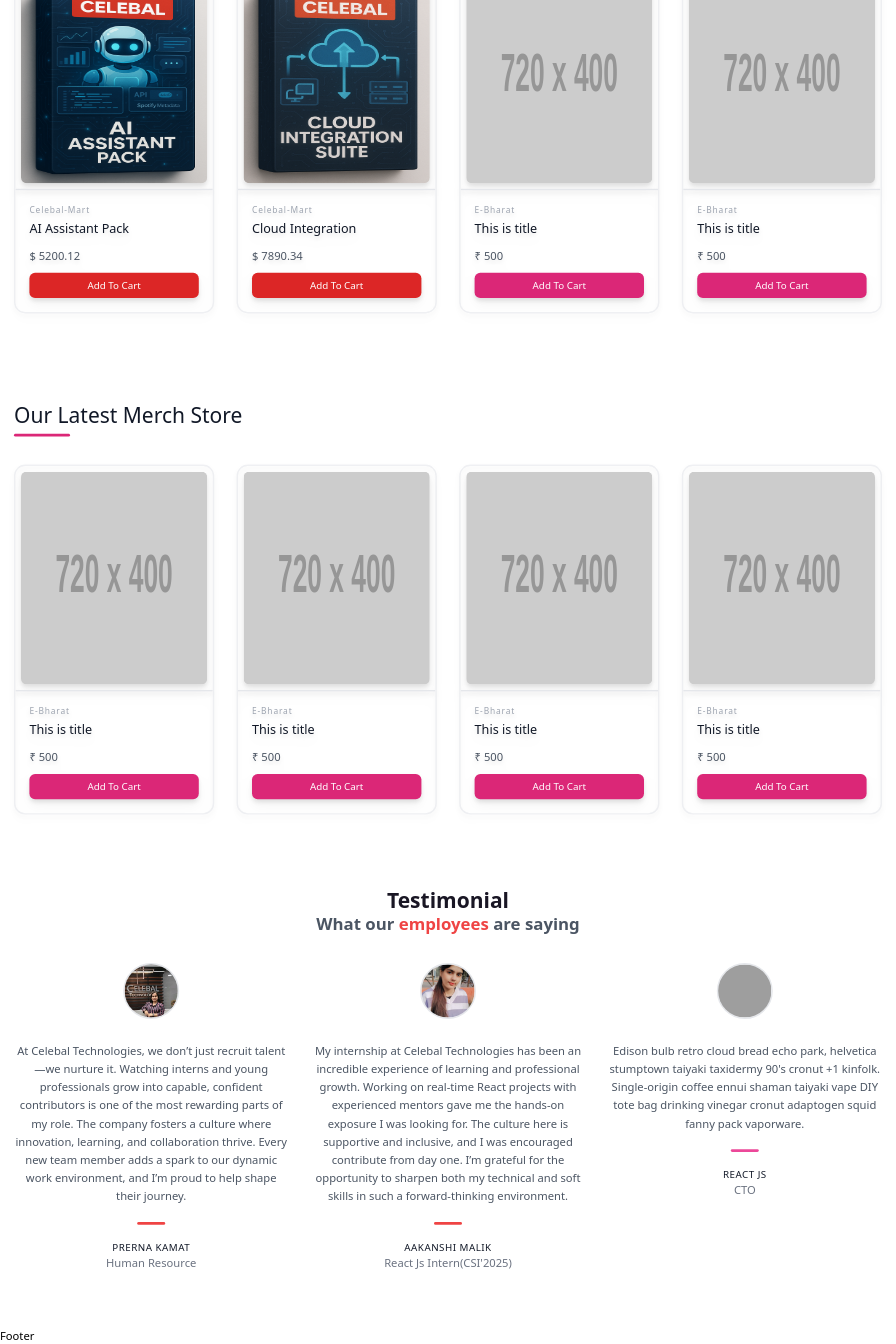
Repository: aakanshimalik/Celebal_Mart
Page: /
An editor plug-in stored every save of this project. The page is shown before and after the next save, followed by the edit.
The browser window is 1280 px wide. The pictures show the part of the page from y = 1154 to 3074 px (the page is 3074 px tall), at 70% of full size.
Pictures or frames that could not be fetched are drawn as grey boxes. The project was rebuilt for these pictures with package versions that can differ from the ones it lists, and the page was loaded fresh each time. Also part of the build but not shown: vite.config.js, src/context/data/myContext.jsx, src/pages/order/Order.jsx, src/pages/cart/Cart.jsx, src/pages/admin/dashboard/Dashboard.jsx, src/pages/nopage/NoPage.jsx.

Above is the page before, as saved 2025-07-11 19:01:48.

### public/index.html
<!DOCTYPE html>
<html lang="en">
  <head>
    <meta charset="utf-8" />
    <link rel="icon" href="./asset/CT.avif" />

    <meta name="viewport" content="width=device-width, initial-scale=1" />
    <meta name="theme-color" content="#000000" />
    <meta
      name="description"
      content="Web site created using create-react-app"
    />
    <link rel="apple-touch-icon" href="%PUBLIC_URL%/logo192.png" />

    <!--
      manifest.json provides metadata used when your web app is installed on a
      user's mobile device or desktop. See https://developers.google.com/web/fundamentals/web-app-manifest/
    -->
    <link rel="manifest" href="%PUBLIC_URL%/manifest.json" />
    <!--
      Notice the use of %PUBLIC_URL% in the tags above.
      It will be replaced with the URL of the `public` folder during the build.
      Only files inside the `public` folder can be referenced from the HTML.

      Unlike "/favicon.ico" or "favicon.ico", "%PUBLIC_URL%/favicon.ico" will
      work correctly both with client-side routing and a non-root public URL.
      Learn how to configure a non-root public URL by running `npm run build`.
    -->
    <title>Celebal Mart</title>
  </head>
  <body>
    <noscript>You need to enable JavaScript to run this app.</noscript>
    <div id="root"></div>
    <!--
      This HTML file is a template.
      If you open it directly in the browser, you will see an empty page.

      You can add webfonts, meta tags, or analytics to this file.
      The build step will place the bundled scripts into the <body> tag.

      To begin the development, run `npm start` or `yarn start`.
      To create a production bundle, use `npm run build` or `yarn build`.
    -->
  </body>
</html>

### src/App.jsx
import React from 'react'
import {
  BrowserRouter as Router,
  Route,
  Routes,
} from "react-router-dom";


import Home from './pages/home/Home';
import Order from './pages/order/Order';
import Cart from './pages/cart/Cart';
import Dashboard from './pages/admin/dashboard/Dashboard';
import NoPage from './pages/nopage/NoPage';
import MyState from "./context/data/myState";

function App() {
  return (
//     <div className="p-6 bg-green-300 text-white text-2xl font-bold">
//   Tailwind is working!
// </div>
    <MyState>
     <Router>
      <Routes>
        <Route path="/" element={<Home/>} />
        <Route path="/order" element={<Order/>} />
        <Route path="/cart" element={<Cart/>} />
        <Route path="/dashboard" element={<Dashboard/>} />
        <Route path="/*" element={<NoPage/>} />
      </Routes>
     </Router>
    </MyState>
  )
}

export default App;

### src/pages/home/Home.jsx
import React, {useContext} from 'react';
import Layout from '../../components/layout/Layout';
import myContext from '../../context/data/myContext';
import HeroSection from '../../components/heroSection/HeroSection';
import Filter from '../../components/filter/Filter';
import TechCard from '../../components/productCard/TechCard';
import ProductCard from '../../components/productCard/ProductCard';
import Testimonial from '../../components/testimonial/Testimonial';

function Home() {
  return (
    <Layout>
      <HeroSection/>
      <Filter/>
      <TechCard/>
      <ProductCard/>
      <Testimonial/>
    </Layout>
  )
}

export default Home;

### src/context/data/myState.jsx
import React, { useState } from 'react'
import MyContext from './myContext';

function MyState(props) {
    const [mode, setMode] = useState('light');

    const toggleMode = () => {
        if(mode === 'light'){
            setMode('dark');
            document.body.style.backgroundColor = "rgb(17, 24, 39)"
        }
        else {
            setMode('light');
            document.body.style.backgroundColor = "white"
        }
    }


  return (
    <MyContext.Provider value={{mode, toggleMode}}>
       {props.children}
    </MyContext.Provider>
  )
}

export default MyState;

### src/components/layout/Layout.jsx
import React from 'react'
import Footer from '../footer/Footer'
import Navbar from '../navbar/Navbar'

function Layout({ children }) {
  return (
    <div>
      <Navbar />
      <div className="content">
        {children}
      </div>
      <Footer />
    </div>
  )
}

export default Layout

### src/components/heroSection/HeroSection.jsx
import React from 'react';

import Hero from "../../assets/1000156086.png";

function HeroSection() {
  return (
    <div>
        <img src={Hero} alt="img" className='w-full ' style={{ height: 'calc(100vh - 95px)'}} />
    </div>
  )
}

export default HeroSection;

### src/components/filter/Filter.jsx
import React, { useContext } from 'react';
import myContext from '../../context/data/myContext';

function Filter() {
    const context = useContext(myContext);
    const { mode } = context;

    return (
        <div>
           <div className=' container mx-auto px-4 mt-5 w-full'>
                <div className="p-5 rounded-lg bg-gray-100 drop-shadow-xl border border-gray-200"
                    style={{
                        backgroundColor: mode === 'dark' ? '#282c34' : '',
                        color: mode === 'dark' ? 'white' : '',
                    }}>
                    <div className="relative">
                        <div className="absolute flex items-center ml-2 h-full">
                            <svg className="w-4 h-4 fill-current text-primary-gray-dark" viewBox="0 0 16 16" fill="none" xmlns="http://www.w3.org/2000/svg">
                                <path d="M15.8898 15.0493L11.8588 11.0182C11.7869 10.9463 11.6932 10.9088 11.5932 10.9088H11.2713C12.3431 9.74952 12.9994 8.20272 12.9994 6.49968C12.9994 2.90923 10.0901 0 6.49968 0C2.90923 0 0 2.90923 0 6.49968C0 10.0901 2.90923 12.9994 6.49968 12.9994C8.20272 12.9994 9.74952 12.3431 10.9088 11.2744V11.5932C10.9088 11.6932 10.9495 11.7869 11.0182 11.8588L15.0493 15.8898C15.1961 16.0367 15.4336 16.0367 15.5805 15.8898L15.8898 15.5805C16.0367 15.4336 16.0367 15.1961 15.8898 15.0493ZM6.49968 11.9994C3.45921 11.9994 0.999951 9.54016 0.999951 6.49968C0.999951 3.45921 3.45921 0.999951 6.49968 0.999951C9.54016 0.999951 11.9994 3.45921 11.9994 6.49968C11.9994 9.54016 9.54016 11.9994 6.49968 11.9994Z" />
                            </svg>
                        </div>
                        <input
                            type="text"
                            name="searchkey"
                            id="searchkey"
                            placeholder="Search here"
                            className="px-8 py-3 w-full rounded-md bg-violet-0 border-transparent outline-0 text-sm border border-gray-300 focus:border-black dark:focus:border-gray-400" style={{ backgroundColor: mode === 'dark' ? 'rgb(64 66 70)' : '', color: mode === 'dark' ? 'white' : '', }} />
                    </div>
                    <div className="flex items-center justify-between mt-4">
                        <p className="font-medium">
                            Filters
                        </p>
                        <button className="px-4 py-2 bg-gray-50hover:bg-gray-200 text-gray-800 text-sm font-medium rounded-md" style={{ color: mode === 'dark' ? 'white' : '' }}>
                            Reset Filter
                        </button>
                    </div>
                    <div>
                        <div className="grid grid-cols-2 md:grid-cols-3 xl:grid-cols-4 gap-4 mt-4">
                            <select className="px-4 py-3 w-full rounded-md bg-gray-50 border-transparent outline-0 focus:border-gray-500 focus:bg-white focus:ring-0 text-sm" style={{ backgroundColor: mode === 'dark' ? 'rgb(64 66 70)' : '', color: mode === 'dark' ? 'white' : '', }}>
                                <option value="jacket">Jacket</option>
                                <option value="shirt">shirt</option>
                                <option value="mobile">mobile</option>
                                <option value="jacket">Jacket</option>
                            </select>
                            <select className="px-4 py-3 w-full rounded-md bg-gray-50 border-transparent outline-0  focus:border-gray-500 focus:bg-white focus:ring-0 text-sm" style={{ backgroundColor: mode === 'dark' ? 'rgb(64 66 70)' : '', color: mode === 'dark' ? 'white' : '', }}>
                                <option value="100">100</option>
                                <option value="200">200</option>
                                <option value="300">300</option>
                                <option value="400">400</option>
                            </select>

                        </div>
                    </div>
                </div>
            </div>
        </div>
    )
}

export default Filter

### src/components/productCard/ProductCard.jsx
import React, { useContext } from 'react'
import myContext from '../../context/data/myContext'

function ProductCard() {
    const context = useContext(myContext)
    const { mode } = context
    return (
        <section className="text-gray-600 body-font">
            <div className="container px-5 py-8 md:py-16 mx-auto">
                <div class="lg:w-1/2 w-full mb-6 lg:mb-10">
                    <h1 class="sm:text-3xl text-2xl font-medium title-font mb-2 text-gray-900" style={{ color: mode === 'dark' ? 'white' : '' }}>Our Latest Merch Store</h1>
                    <div class="h-1 w-20 bg-pink-600 rounded"></div>
                </div>

                <div className="flex flex-wrap -m-4">
                    <div className="p-4 md:w-1/4  drop-shadow-lg " >
                        <div className="h-full border-2 hover:shadow-gray-100 hover:shadow-2xl transition-shadow duration-300 ease-in-out    border-gray-200 border-opacity-60 rounded-2xl overflow-hidden" style={{ backgroundColor: mode === 'dark' ? 'rgb(46 49 55)' : '', color: mode === 'dark' ? 'white' : '', }} >
                            <div className="flex justify-center cursor-pointer" >
                                <img className=" rounded-2xl w-full h-80 p-2 hover:scale-110 transition-scale-110  duration-300 ease-in-out" src="https://dummyimage.com/720x400" alt="blog" />
                            </div>
                            <div className="p-5 border-t-2">
                                <h2 className="tracking-widest text-xs title-font font-medium text-gray-400 mb-1" style={{ color: mode === 'dark' ? 'white' : '', }}>E-Bharat</h2>
                                <h1 className="title-font text-lg font-medium text-gray-900 mb-3" style={{ color: mode === 'dark' ? 'white' : '', }}>This is title</h1>
                                {/* <p className="leading-relaxed mb-3">{item.description.}</p> */}
                                <p className="leading-relaxed mb-3" style={{ color: mode === 'dark' ? 'white' : '' }}>₹ 500</p>
                                <div className=" flex justify-center">
                                    <button type="button" className="focus:outline-none text-white bg-pink-600 hover:bg-pink-700 focus:ring-4 focus:ring-purple-300 font-medium rounded-lg text-sm w-full  py-2">Add To Cart</button>

                                </div>
                            </div>

                        </div>
                    </div>

                    <div className="p-4 md:w-1/4  drop-shadow-lg " >
                        <div className="h-full border-2 hover:shadow-gray-100 hover:shadow-2xl transition-shadow duration-300 ease-in-out    border-gray-200 border-opacity-60 rounded-2xl overflow-hidden" style={{ backgroundColor: mode === 'dark' ? 'rgb(46 49 55)' : '', color: mode === 'dark' ? 'white' : '', }} >
                            <div className="flex justify-center cursor-pointer" >
                                <img className=" rounded-2xl w-full h-80 p-2 hover:scale-110 transition-scale-110  duration-300 ease-in-out" src="https://dummyimage.com/720x400" alt="blog" />
                            </div>
                            <div className="p-5 border-t-2">
                                <h2 className="tracking-widest text-xs title-font font-medium text-gray-400 mb-1" style={{ color: mode === 'dark' ? 'white' : '', }}>E-Bharat</h2>
                                <h1 className="title-font text-lg font-medium text-gray-900 mb-3" style={{ color: mode === 'dark' ? 'white' : '', }}>This is title</h1>
                                {/* <p className="leading-relaxed mb-3">{item.description.}</p> */}
                                <p className="leading-relaxed mb-3" style={{ color: mode === 'dark' ? 'white' : '' }}>₹ 500</p>
                                <div className=" flex justify-center">
                                    <button type="button" className="focus:outline-none text-white bg-pink-600 hover:bg-pink-700 focus:ring-4 focus:ring-purple-300 font-medium rounded-lg text-sm w-full  py-2">Add To Cart</button>

                                </div>
                            </div>

                        </div>
                    </div>

                    <div className="p-4 md:w-1/4  drop-shadow-lg " >
                        <div className="h-full border-2 hover:shadow-gray-100 hover:shadow-2xl transition-shadow duration-300 ease-in-out    border-gray-200 border-opacity-60 rounded-2xl overflow-hidden" style={{ backgroundColor: mode === 'dark' ? 'rgb(46 49 55)' : '', color: mode === 'dark' ? 'white' : '', }} >
                            <div className="flex justify-center cursor-pointer" >
                                <img className=" rounded-2xl w-full h-80 p-2 hover:scale-110 transition-scale-110  duration-300 ease-in-out" src="https://dummyimage.com/720x400" alt="blog" />
                            </div>
                            <div className="p-5 border-t-2">
                                <h2 className="tracking-widest text-xs title-font font-medium text-gray-400 mb-1" style={{ color: mode === 'dark' ? 'white' : '', }}>E-Bharat</h2>
                                <h1 className="title-font text-lg font-medium text-gray-900 mb-3" style={{ color: mode === 'dark' ? 'white' : '', }}>This is title</h1>
                                {/* <p className="leading-relaxed mb-3">{item.description.}</p> */}
                                <p className="leading-relaxed mb-3" style={{ color: mode === 'dark' ? 'white' : '' }}>₹ 500</p>
                                <div className=" flex justify-center">
                                    <button type="button" className="focus:outline-none text-white bg-pink-600 hover:bg-pink-700 focus:ring-4 focus:ring-purple-300 font-medium rounded-lg text-sm w-full  py-2">Add To Cart</button>

                                </div>
                            </div>

                        </div>
                    </div>

                    <div className="p-4 md:w-1/4  drop-shadow-lg " >
                        <div className="h-full border-2 hover:shadow-gray-100 hover:shadow-2xl transition-shadow duration-300 ease-in-out    border-gray-200 border-opacity-60 rounded-2xl overflow-hidden" style={{ backgroundColor: mode === 'dark' ? 'rgb(46 49 55)' : '', color: mode === 'dark' ? 'white' : '', }} >
                            <div className="flex justify-center cursor-pointer" >
                                <img className=" rounded-2xl w-full h-80 p-2 hover:scale-110 transition-scale-110  duration-300 ease-in-out" src="https://dummyimage.com/720x400" alt="blog" />
                            </div>
                            <div className="p-5 border-t-2">
                                <h2 className="tracking-widest text-xs title-font font-medium text-gray-400 mb-1" style={{ color: mode === 'dark' ? 'white' : '', }}>E-Bharat</h2>
                                <h1 className="title-font text-lg font-medium text-gray-900 mb-3" style={{ color: mode === 'dark' ? 'white' : '', }}>This is title</h1>
                                {/* <p className="leading-relaxed mb-3">{item.description.}</p> */}
                                <p className="leading-relaxed mb-3" style={{ color: mode === 'dark' ? 'white' : '' }}>₹ 500</p>
                                <div className=" flex justify-center">
                                    <button type="button" className="focus:outline-none text-white bg-pink-600 hover:bg-pink-700 focus:ring-4 focus:ring-purple-300 font-medium rounded-lg text-sm w-full  py-2">Add To Cart</button>

                                </div>
                            </div>

                        </div>
                    </div>



                </div>

            </div>
        </section >

    )
}

export default ProductCard;

### src/components/testimonial/Testimonial.jsx
import React, { useContext } from 'react'
import myContext from '../../context/data/myContext';

import testimonial1 from '../../assets/Testimonial1.jpeg';
import Aakanshi from '../../assets/Aakanshi.jpg';
import testimonial2 from '../../assets/Testimonial2.jpeg';


function Testimonial() {
    const context = useContext(myContext)
    const { mode } = context
    return (
        <div>
            <section className="text-gray-600 body-font mb-10">
                <div className="container px-5 py-10 mx-auto">
                    <h1 className=' text-center text-3xl font-bold text-black' style={{color: mode === 'dark' ? 'white' : ''}}>Testimonial</h1>
                    <h2 className=' text-center text-2xl font-semibold mb-10' style={{color: mode === 'dark' ? 'white' : ''}}>What our <span className=' text-red-500'>employees</span> are saying</h2>
                    <div className="flex flex-wrap -m-4">
                        <div className="lg:w-1/3 lg:mb-0 mb-6 p-4">
                            <div className="h-full text-center">
                                <img alt="testimonial" className="w-20 h-20 mb-8 object-cover object-center rounded-full inline-block border-2 border-gray-200 bg-gray-100" src={testimonial1} />
                                <p style={{color: mode === 'dark' ? 'white' : ''}} className="leading-relaxed">At Celebal Technologies, we don’t just recruit talent—we nurture it. Watching interns and young professionals grow into capable, confident contributors is one of the most rewarding parts of my role. The company fosters a culture where innovation, learning, and collaboration thrive. Every new team member adds a spark to our dynamic work environment, and I’m proud to help shape their journey.</p>
                                <span className="inline-block h-1 w-10 rounded bg-red-500 mt-6 mb-4" />
                                <h2 style={{color: mode === 'dark' ? '#ff4162' : ''}} className="text-gray-900 font-medium title-font tracking-wider text-sm uppercase">Prerna Kamat</h2>
                                <p style={{color: mode === 'dark' ? 'white' : ''}} className="text-gray-500">Human Resource</p>
                            </div>
                        </div>
                        <div className="lg:w-1/3 lg:mb-0 mb-6 p-4">
                            <div className="h-full text-center">
                                <img alt="testimonial" className="w-20 h-20 mb-8 object-cover object-center rounded-full inline-block border-2 border-gray-200 bg-gray-100" src={Aakanshi} />
                                <p  style={{color: mode === 'dark' ? 'white' : ''}}className="leading-relaxed">
                                    My internship at Celebal Technologies has been an incredible experience of learning and professional growth. Working on real-time React projects with experienced mentors gave me the hands-on exposure I was looking for. The culture here is supportive and inclusive, and I was encouraged contribute from day one. I’m grateful for the opportunity to sharpen both my technical and soft skills in such a forward-thinking environment.
                                </p>
                                <span className="inline-block h-1 w-10 rounded bg-red-500 mt-6 mb-4" />
                                <h2 style={{color: mode === 'dark' ? '#ff4162' : ''}} className="text-gray-900 font-medium title-font tracking-wider text-sm uppercase">Aakanshi Malik</h2>
                                <p style={{color: mode === 'dark' ? 'white' : ''}} className="text-gray-500">React Js Intern(CSI'2025)</p>
                            </div>
                        </div>
                        <div className="lg:w-1/3 lg:mb-0 p-4">
                            <div className="h-full text-center">
                                <img alt="testimonial" className="w-20 h-20 mb-8 object-cover object-center rounded-full inline-block border-2 border-gray-200 bg-gray-100" src="https://webknudocs.vercel.app/logo/react.png" />
                                <p style={{color: mode === 'dark' ? 'white' : ''}} className="leading-relaxed">Edison bulb retro cloud bread echo park, helvetica stumptown taiyaki taxidermy 90's cronut +1 kinfolk. Single-origin coffee ennui shaman taiyaki vape DIY tote bag drinking vinegar cronut adaptogen squid fanny pack vaporware.</p>
                                <span className="inline-block h-1 w-10 rounded bg-pink-500 mt-6 mb-4" />
                                <h2 style={{color: mode === 'dark' ? '#ff4162' : ''}} className="text-gray-900 font-medium title-font tracking-wider text-sm uppercase">React Js</h2>
                                <p  style={{color: mode === 'dark' ? 'white' : ''}}className="text-gray-500">CTO</p>
                            </div>
                        </div>
                    </div>
                </div>
            </section>
        </div>
    )
}

export default Testimonial

Loaded but not shown: src/index.jsx (common file); src/index.css (common file); src/components/footer/Footer.jsx (common file); tailwind.config.js (58 lines, source omitted); src/components/navbar/Navbar.jsx (226 lines, source omitted); src/components/productCard/TechCard.jsx (108 lines, source omitted)

After the next save:
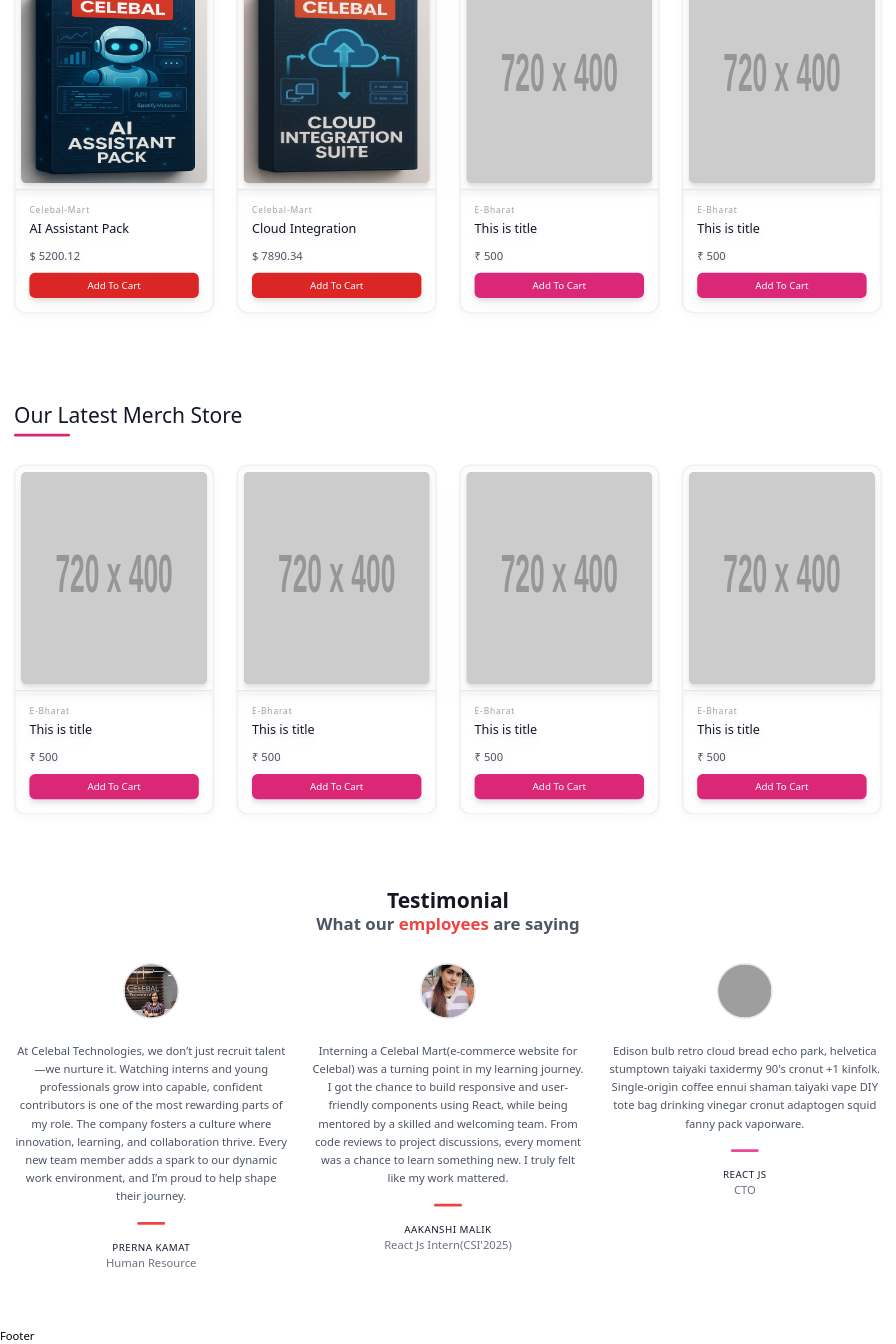
Saved 90 s later.
--- a/src/components/testimonial/Testimonial.jsx
+++ b/src/components/testimonial/Testimonial.jsx
@@ -29,7 +29,7 @@
                             <div className="h-full text-center">
                                 <img alt="testimonial" className="w-20 h-20 mb-8 object-cover object-center rounded-full inline-block border-2 border-gray-200 bg-gray-100" src={Aakanshi} />
                                 <p  style={{color: mode === 'dark' ? 'white' : ''}}className="leading-relaxed">
-                                    My internship at Celebal Technologies has been an incredible experience of learning and professional growth. Working on real-time React projects with experienced mentors gave me the hands-on exposure I was looking for. The culture here is supportive and inclusive, and I was encouraged contribute from day one. I’m grateful for the opportunity to sharpen both my technical and soft skills in such a forward-thinking environment.
+                                    Interning a Celebal Mart(e-commerce website for Celebal) was a turning point in my learning journey. I got the chance to build responsive and user-friendly components using React, while being mentored by a skilled and welcoming team. From code reviews to project discussions, every moment was a chance to learn something new. I truly felt like my work mattered.
                                 </p>
                                 <span className="inline-block h-1 w-10 rounded bg-red-500 mt-6 mb-4" />
                                 <h2 style={{color: mode === 'dark' ? '#ff4162' : ''}} className="text-gray-900 font-medium title-font tracking-wider text-sm uppercase">Aakanshi Malik</h2>
